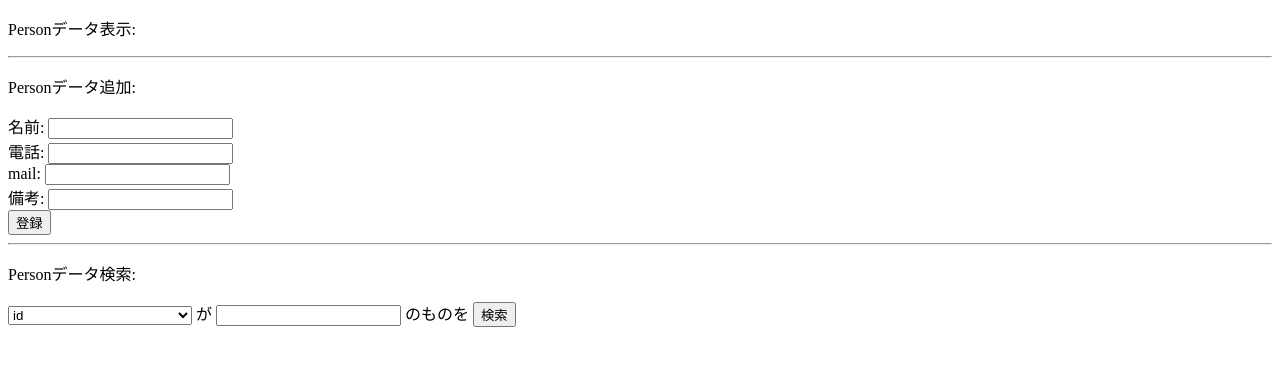
Repository: sacchin/PGLScript
Page: http://localhost/person-view
The author's editor kept a copy of each file at every save. The page is drawn from the files as they stood at one save, then again after the next save.
The browser window is 1280 px wide. The pictures show the whole page.
The page is this project's Thymeleaf template; nobody is signed in. The template is opened directly, without the code that normally fills it, so the values that code supplies are empty.

Above is the page before, as saved 2014-10-28 07:41:43.

After the next save:
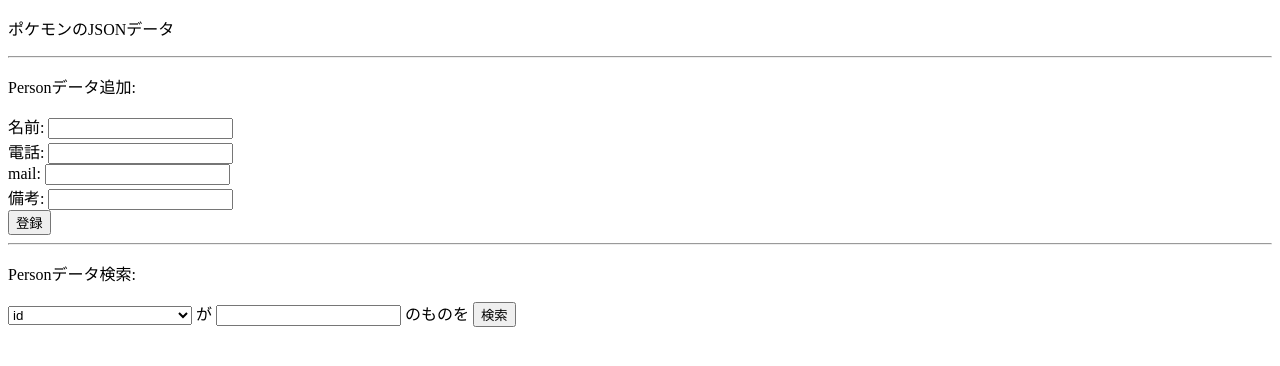
Saved 23 s later.
--- a/PokemonDatasource/src/main/resources/templates/person-view.html
+++ b/PokemonDatasource/src/main/resources/templates/person-view.html
@@ -5,7 +5,7 @@
     <meta http-equiv="Content-Type" content="text/html; charset=UTF-8" />
 </head>
 <body>
-<p>Personデータ表示:</p>
+<p>ポケモンのJSONデータ</p>
 
     <p th:text="${results}" />
 
